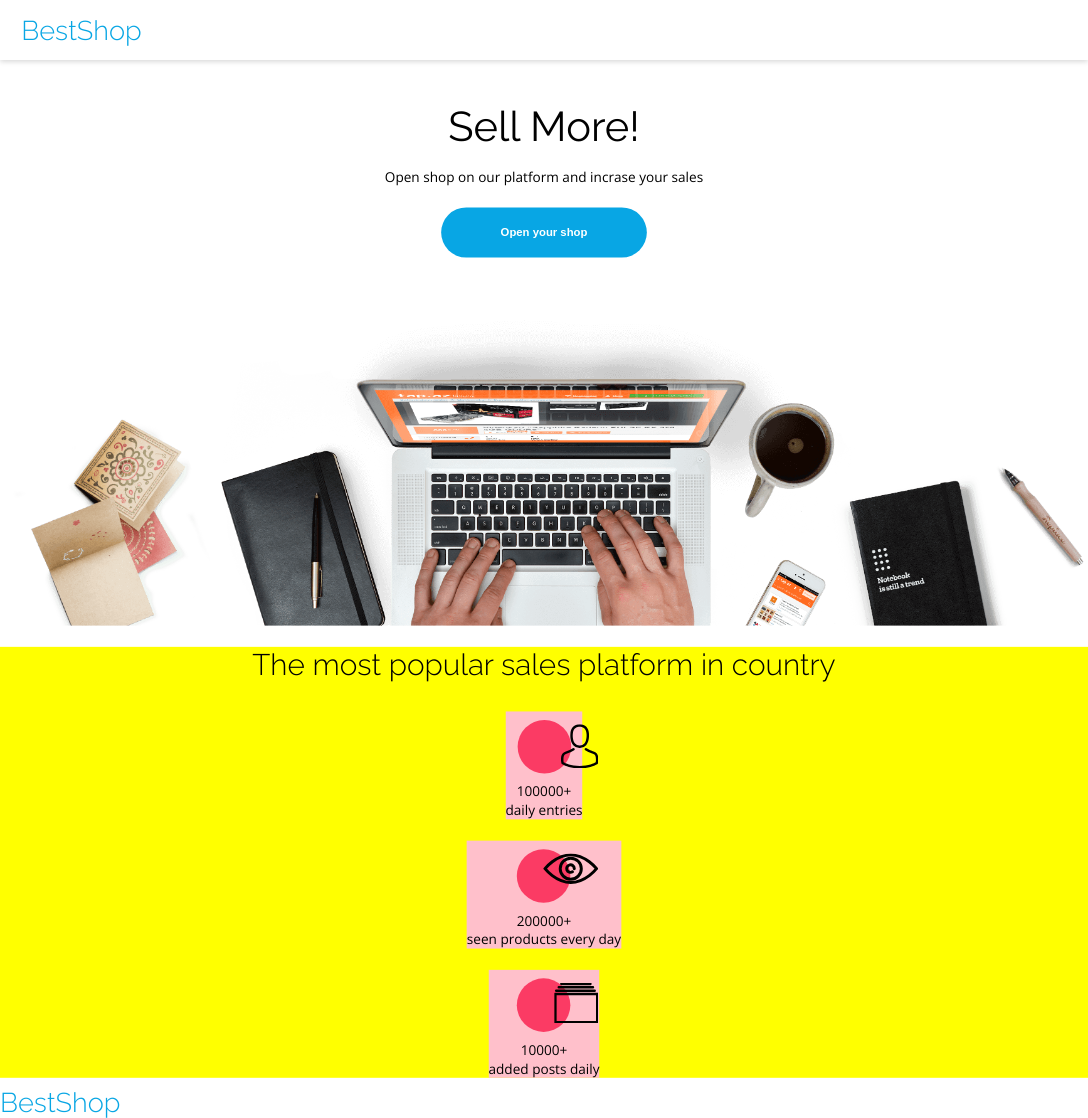
Repository: artwol993/BestShop
Page: index.html
These files come from the project's save history. The page is drawn as it stood at one moment and after the next save; the edit follows.
The browser window is 1280 px wide. The pictures show the whole page, at 85% of full size.
The style sheet was rebuilt from its Sass, Less or Tailwind sources for each picture, by a compiler version that may differ from the author's.

Above is the page before, as saved 2020-05-28 20:06:30.

### index.html
<!DOCTYPE html>
<html lang="en">
<head>
    <meta charset="UTF-8">
    <meta name="viewport" content="width=device-width, initial-scale=1.0">
    <title>BestShop[artwol993]</title>
    <link rel="stylesheet" href="css/main.css">
    <style>
        @import url('https://fonts.googleapis.com/css2?family=Open+Sans:wght@400;700&display=swap');
    </style>
    <style>
        @import url('https://fonts.googleapis.com/css2?family=Raleway:wght@300;400;700;800&display=swap');
    </style>
</head>
<body>
    <div class="main__container">
        <header>
            <div class="logo">BestShop</div>
            <nav class="nav">
                <!-- <button class="hamburger" aria-label="Menu">
                    <span class="hamburger__container" tabindex="-1">
                        <span class="hamburger__bars"></span>
                      </span>
                </button> -->
                <div class="side__menu">
                    <!-- <ul class="nav__list">
                        <li class="nav__list-item"><a href="" class="nav__link">why us</a></li>
                        <li class="nav__list-item"><a href="" class="nav__link">benefits</a></li>
                        <li class="nav__list-item"><a href="" class="nav__link">prices</a></li>
                        <li class="nav__list-item"><a href="" class="nav__link">contact</a></li>
                    </ul> -->
                </div>
            </nav>
        </header>

        <div class="content__container">
            <div class="main">

<!-- welcome-section -->

                <section class="welcome">
                    <div class="welcome__content">
                        <h1>Sell More!</h1>
                        <p>Open shop on our platform and incrase your sales</p>
                        <button class="main-btn">Open your shop</button>
                    </div>
                    <img src="/assets/Background.png" alt="notebook-picture" class="welcome__picture">
                </section>

<!-- stats-section -->

                <section class="stats">
                    <h2>The most popular sales platform in country</h2>
                    <div class="stats__container">
                        <div class="stats__bin">
                            <div class="stats-circle"></div>
                            <img src="./assets/Person.svg" alt="person-contour" class="stats__img-person">
                            <span>100000+</span>
                            <p>daily entries</p>
                        </div>
                        <div class="stats__bin">
                            <div class="stats-circle"></div>
                            <img src="./assets/Eye.svg" alt="person-contour" class="stats__img-eye">
                            <span>200000+</span>
                            <p>seen products every day</p>
                        </div>
                        <div class="stats__bin">
                            <div class="stats-circle"></div>
                            <img src="./assets/Catalog.svg" alt="person-contour" class="stats__img-catalog">
                            <span>10000+</span>
                            <p>added posts daily</p>
                        </div>
                    </div>
                </section>

<!-- profits-section -->

                <section class="profits"></section>
                <section class="pricing"></section>
                <section class="contact"></section>
            </div>
        </div>

        <footer>
            <div class="logo">BestShop</div>
            <div class="footer-icon"></div>
            <div class="footer-icon"></div>
        </footer>
    </div>
</body>
</html>

### scss/main.scss
    $c-primary-first: #08a6e4;
    $c-primary-second: #fb3b64;
    $c-primary-third: #55dfb4;
    $c-black: #000000;
    $c-white: #ffffff;
    $c-background: #f7f7f7;
    $c-details: #a5a5a5;
    $c-shadow: #00000029;
    $f-h: 'Raleway', sans-serif;
    $f-p: 'Open Sans', sans-serif;
    $fw-light: 300;
    $fw-normal: 400;
    $fw-bold: 700;
    $fw-black: 800;

/*reset*/

  * {
      margin: 0;
      padding: 0;
      box-sizing: border-box;
  }

  /* fonts */

  a, p, ul, span {
    font-family: $f-p;
  }

  h1 {
    font-size: 3.063rem;
    font-weight: $fw-normal;
    font-family: $f-h;
    color: $c-black;
  }

  h2 {
    font-size: 2.188rem;
    font-weight: $fw-light;
    margin: 5px 45px;
    font-family: $f-h;
    color: $c-black;
  }

  h3 {
    font-size: 1.25rem;
    font-weight: $fw-bold;
    margin: 5px;
    font-family: $f-h;
    color: $c-black;
  }

  .logo {
    font-size: 2rem;
    font-weight: $fw-light;
    font-family: $f-h;
    color: $c-primary-first;
    text-decoration: none;
    cursor: pointer;
  }

  .body {
      width: 100vh;
  }
  /*header*/
  header {
      height: 70px;
      display: flex;
      align-items: center;
      justify-content: space-between;
      padding: 0 25px;
      box-shadow: 0px 3px 6px $c-shadow;
  }

//   .hamburger {
//     margin: 0;
//     padding: 0;
//     border: 0;
//     background-color: transparent;
//     cursor: pointer;
//     &:focus {
//         & > .hamburger__container {
//           	box-shadow: 0 0 2px 2px #51a7e8;
//         }
//     }
//   }

//   .hamburger__container {
//     display: flex;
//     align-items: center;
//     position: relative;
//     width: 35px;
//     height: 30px;
//   }

//   .hamburger__bars {
//     position: absolute;
//     width: 35px;
//     height: 2px;
//     background-color: #000;
//     transition: transform 220ms ease-in-out;
//     &:before, &:after {
//         display: block;
//         position: absolute;
//         width: 35px;
//         height: 2px;
//         background-color: #000;
//         content: '';
//     }
//     &:before {
//         top: -12px;
//         transition: top 100ms 250ms ease-in, transform 220ms ease-in-out;
//     }
//     &:after {
//         bottom: -12px;
//         transition: bottom 100ms 250ms ease-in,
//           			transform 220ms ease-in-out;
//     }
//   }

//   .hamburger--active {
//     .hamburger__bars {
//         transform: rotate(225deg);
//         transition: transform 220ms 120ms ease-in-out;
//         &:before {
//             top: 0;
//             transition: top 100ms ease-out;
//         }
//         &:after {
//             bottom: 0;
//             transform: rotate(-90deg);
//             transition: bottom 100ms ease-out,
//             		  	transform 220ms 120ms ease-in-out;
//         }
//     }
// }

//   .hamburger, .hamburger__container {
//     &:focus {
//       	outline: none;
//   	}
//   }

//   .side__menu {
//     display: flex;
//     box-sizing: border-box;
//     position: absolute;
//     height: 70%;
//     width: 200px;
//     top: 70px;
//     right: -300px;
//     padding: 0;
//     background-color: red;
//     transition: 0.3s transform ease-in-out;
//   }

//   .side__menu ul {
//     position: absolute;
//     display: flex;
//     flex-direction: column;
//     box-sizing: border-box;
//     height: calc(100% - 70px);
//     flex-wrap: wrap;
//     margin: 0 10px;
//     padding: 0;
//     list-style-type: none;
//     align-content: flex-start;
//   }

//   .side-__menu ul li {
//     display: flex;
//     flex-direction: column;
//     height: 30px;
//     background: $c-primary-second;
//     flex-basis: 100%;
//     margin-top: 70px;
//     color: #696e9e;
//     border-radius: 5px;
//     overflow: hidden;
//   }

//   .side__menu ul li a {
//     display: flex;
//     padding: 10px;
//     align-items: center;
//     width: 100%;
//     height: 100%;
//     background: $c-primary-third;
//     text-decoration: none;
//     box-sizing: border-box;
//   }

//   .hamburger:focus ~ .side__menu, .side__menu:hover {
//     transform: translateX(-300px);
//   }

.nav__list {
  display: flex;
  justify-content: space-around;
  align-items: center;
}

.nav__list-item {
  // padding: 10px;
  list-style: none;
  // margin-right: 50px;
}

.nav__link {
  color: $c-details;
  font-weight: $fw-bold;
  text-decoration: none;
  text-transform: uppercase;
  font-size: 11px;

  &:hover {
    color: $c-black;
    border-bottom: solid 3px $c-primary-first;
    padding-bottom: 23px;
  }
}

/*content*/

.content__container {
  // width: calc(100% - 20%);
  // background: pink;
  display: flex;
  align-items: center;
  justify-content: center;
}

// .main {
//   background: blue;
// }

.welcome {
  display: flex;
  flex-direction: column;
  align-items: center;

}

.welcome__content {
  margin: 50px 10px;
  display: flex;
  flex-direction: column;
  align-items: center;
}

.welcome__content p {
  text-align: center;
  margin-top: 20px;
}

.main-btn {
  margin-top: 25px;
  padding: 22px 70px;
  border-radius: 40px;
  font-weight: 800;
  border: none;
  text-align: center;
  text-decoration: none;
  background: $c-primary-first;
  color: $c-white;
}

.welcome__picture {
  width: 100%;
  height: auto;
  margin-bottom: 20px;
  object-position: center;

}

// stats-section

.stats {
  background:yellow;
}

.stats h2 {
  text-align: center;
}

.stats__container {
  display: flex;
  flex-direction: column;
  align-items: center;
  margin: 10px 0;
}

.stats__bin {
  margin-top: 25px;
  background: pink;
  display: flex;
  flex-direction: column;
  align-items: center;
}

.stats-circle {
  width: 63px;
  height: 63px;
  border-radius: 50%;
  position: relative;
  background: $c-primary-second;
  margin: 10px 0;
}



img[class*="stats__img"] {
  position: absolute;
  right: 45%;
  margin-top: 15px;

}

After the next save:
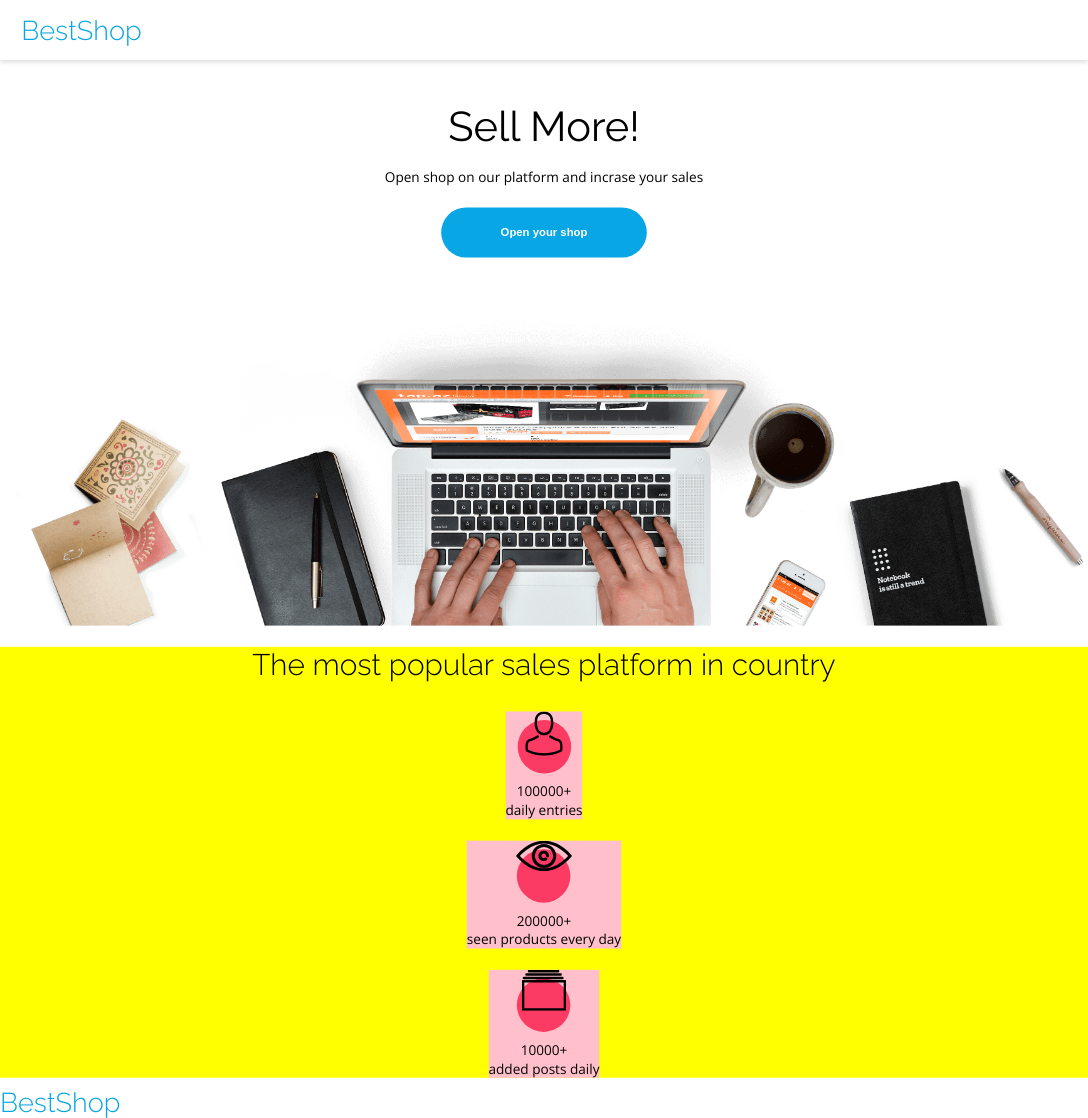
Saved 14 s later.
--- a/scss/main.scss
+++ b/scss/main.scss
@@ -311,7 +311,4 @@
 
 img[class*="stats__img"] {
   position: absolute;
-  right: 45%;
-  margin-top: 15px;
-
-}
+}
